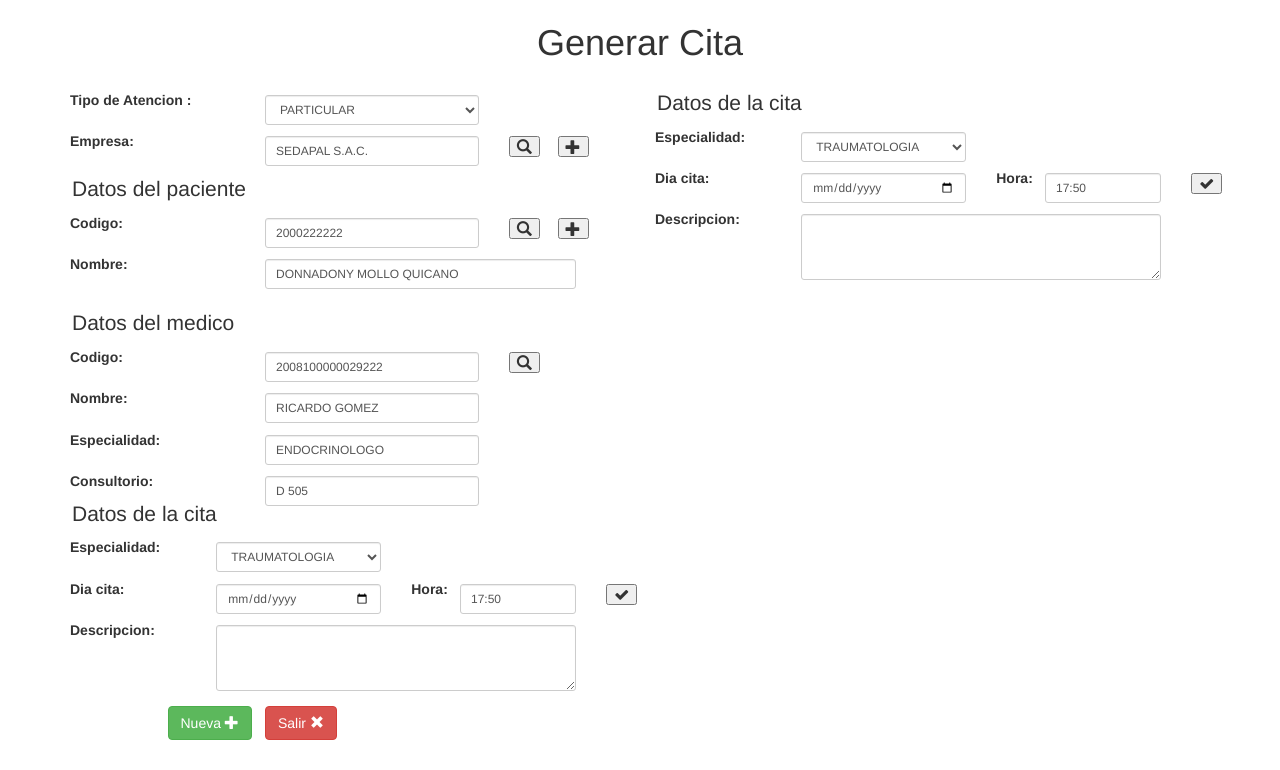
Repository: Donyx10/ADSII-ProyectoClinica
Page: http://localhost/AvanceWeb/GeneraCitaMedica.jsp
An editor plug-in stored every save of this project. The page is shown before and after the next save, followed by the edit.
The browser window is 1280 px wide. The pictures show the whole page.
Some web fonts or font styles are not loaded; a fallback is used. The page is served by Tomcat 9. Other server files are loaded and not shown.

Above is the page before, as saved 2018-06-04 05:36:51.

### WebDemo/AvanceWeb/WebContent/GeneraCitaMedica.jsp
<!DOCTYPE html>
<html lang="esS">
<head>
<meta charset="UTF-8">
<meta name="viewport"
	content="width=device-width, initial-scale=1, maximum-scale=1, user-scalable=no">
<script type="text/javascript" src="js/jquery.min.js"></script>
<script type="text/javascript" src="js/jquery.dataTables.min.js"></script>
<script type="text/javascript" src="js/dataTables.bootstrap.min.js"></script>
<script type="text/javascript" src="js/bootstrap.min.js"></script>
<script type="text/javascript" src="js/bootstrapValidator.js"></script>
<link rel="stylesheet" href="css/bootstrap.css" />
<link rel="stylesheet" href="css/dataTables.bootstrap.min.css" />
<link rel="stylesheet" href="css/style.css" />
<link rel="stylesheet" href="css/bootstrapValidator.css" />
<link rel="stylesheet"
	href="https://cdnjs.cloudflare.com/ajax/libs/font-awesome/4.7.0/css/font-awesome.min.css">
<title>Generar Cita</title>

</head>
<body>

	<div class="container" style="padding-top: 3px; line-height: 0.8;">
		<h1 align="center">Generar Cita</h1>
		<br>
		<br>
		<form action="generarCita" id="id_form">
			<div class="form-group row">
				<div class="col-md-6" >

					<div class="form-group row" align="left" id="atencion">
						<div class="col-md-12" >
							<div class="row">
								<div class="col-md-4">
									<label for="atencion">Tipo de Atencion : </label>
								</div>
								<div class="col-md-5">
									<select class="form-control input-sm" style="">
										<option>PARTICULAR
										<option>EPS
										<option>SEGURO
									</select>
								</div>
							</div>
							<br>
							<div class="row">
									<div class="col-md-4">
										<label class="" for="id_codigo">Empresa:</label>
									</div>
									<div class="col-md-5">
										<input class="form-control input-sm" type="text"
											value="SEDAPAL S.A.C." id="" name=""
											placeholder="Ingrese el codigo">
									</div>
									<div class="col-md-1" align="right">
										<button style="font-size: 15px">
											<i class="glyphicon glyphicon-search"></i>
										</button>
									</div>
									<div class="col-sm-1">
										<button style="font-size: 15px">
											<i class="glyphicon glyphicon-plus"></i>
										</button>
									</div>
								</div>

						</div>
					</div>

					<div class="form-group row" align="left" id="paciente">
						<div class="col-md-12" >
							<fieldset>
								<legend>Datos del paciente</legend>
								<div class="row">
									<div class="col-md-4">
										<label class="" for="id_codigo">Codigo:</label>
									</div>
									<div class="col-md-5">
										<input class="form-control input-sm" type="text"
											value="2000222222" id="" name=""
											placeholder="Ingrese el codigo">
									</div>
									<div class="col-md-1" align="right">
										<button style="font-size: 15px">
											<i class="glyphicon glyphicon-search"></i>
										</button>
									</div>
									<div class="col-sm-1">
										<button style="font-size: 15px">
											<i class="glyphicon glyphicon-plus"></i>
										</button>
									</div>
								</div>
								<br>
								<div class="row">
									<div class="col-md-4">
										<label class="" for="">Nombre:</label>
									</div>
									<div class="col-md-7">
										<input class="form-control input-sm" type="text"
											value="DONNADONY MOLLO QUICANO" id="" name=""
											placeholder="Ingrese el nombre" size="30">
									</div>
								</div>

							</fieldset>
						</div>

					</div>

					<br>
					<div class="form-group row" id="cita" >
						<div class="col-md-12">
						<fieldset>
								<legend>Datos del medico</legend>

								<div class="row">
									<div class="col-md-4">
										<label class="" for="id_codigo">Codigo:</label>
									</div>
									<div class="col-md-5">
										<input class="form-control input-sm" type="text"
											id="id_codigo" value="2008100000029222"
											name="computadora.nombre" placeholder="Ingrese el codigo">

									</div>
									<div class="col-md-1">
										<button style="font-size: 15px">
											<i class="glyphicon glyphicon-search"></i>
										</button>
									</div>
								</div>
								<br>
								<div class="row">
									<div class="col-md-4">
										<label class="" for="">Nombre:</label>
									</div>
									<div class="col-md-5">
										<input class="form-control input-sm" type="text" id=""
											value="RICARDO GOMEZ" name="" placeholder="Ingrese el nombre">
									</div>
								</div>
								<br>
								<div class="row">
									<div class="col-md-4">
										<label class="" for="">Especialidad:</label>
									</div>
									<div class="col-md-5">
										<input class="form-control input-sm" type="text" id="" name=""
											value="ENDOCRINOLOGO" placeholder="Ingrese la especialidad">
									</div>
								</div>
								<br>
								<div class="row">
									<div class="col-md-4">
										<label class="" for="">Consultorio:</label>
									</div>
									<div class="col-md-5">
										<input class="form-control input-sm" type="text" id="" name=""
											value="D 505" placeholder="Ingrese el consultorio">
									</div>
								</div>
							</fieldset>
							<fieldset>
								<legend>Datos de la cita </legend>
								<div class="row">
									<div class="col-md-3">
										<label class="" for="">Especialidad:</label>
									</div>
									<div class="col-md-4">
										<select class="form-control input-sm">
											<option>TRAUMATOLOGIA
											<option>CIRUJIA
											<option>GINECOLOGIA
										</select>
									</div>
								</div>
								<br>
								<!--
						<div class="row">
							<div class="col-md-3">
								<label class="" for="">Numero:</label>
							</div>
							<div class="col-md-3">
								<input class="form-control" type="text" id="" name="" value="001-000029"
									size="10" placeholder="Numero">
							</div>
						</div>
						<br>-->
								<div class="row">
									<div class="col-md-3">
										<label class="" for="id_codigo">Dia cita:</label>
									</div>
									<div class="col-md-4">
										<input class="form-control input-sm" type="date" id=""
											value="5/18/2018" name="" placeholder="Dia" size="10">

									</div>

									<div class="col-md-1">
										<label class="" for="id_codigo">Hora:</label>
									</div>
									<div class="col-md-3">
										<input class="form-control input-sm" type="text" id="" name=""
											value="17:50" placeholder="Hora" size="10">

									</div>
									<div class="col-md-1">
										<button style="font-size: 15px">
											<i class="fa fa-check"></i>
										</button>

									</div>
								</div>
								<br>
								<div class="row">
									<div class="col-md-3">
										<label class="" for="">Descripcion:</label>
									</div>
									<div class="col-lg-8">
										<textarea class="form-control input-sm" rows="3" id="comment"></textarea>
									</div>
								</div>
							</fieldset>
						</div>
					</div>
					<div class="form-group row" id="botones">
						<div class="col-md-2" align="center"></div>
						<div class="col-md-2" align="center">
							<button type="submit" class="btn btn-success">
								Nueva <span class="glyphicon glyphicon-plus"></span>
							</button>
						</div>
						<div class="col-md-2" align="center">
							<button type="submit" class="btn btn-danger">
								Salir <span class="glyphicon glyphicon-remove"></span>
							</button>
						</div>
					</div>
				</div>
				<div class="col-md-6" >
					<div class="form-group row" id="medico"
						>
						<div class="col-md-12" >
							<fieldset>
								<legend>Datos de la cita </legend>
								<div class="row">
									<div class="col-md-3">
										<label class="" for="">Especialidad:</label>
									</div>
									<div class="col-md-4">
										<select class="form-control input-sm">
											<option>TRAUMATOLOGIA
											<option>CIRUJIA
											<option>GINECOLOGIA
										</select>
									</div>
								</div>
								<br>
								<!--
						<div class="row">
							<div class="col-md-3">
								<label class="" for="">Numero:</label>
							</div>
							<div class="col-md-3">
								<input class="form-control" type="text" id="" name="" value="001-000029"
									size="10" placeholder="Numero">
							</div>
						</div>
						<br>-->
								<div class="row">
									<div class="col-md-3">
										<label class="" for="id_codigo">Dia cita:</label>
									</div>
									<div class="col-md-4">
										<input class="form-control input-sm" type="date" id=""
											value="5/18/2018" name="" placeholder="Dia" size="10">

									</div>

									<div class="col-md-1">
										<label class="" for="id_codigo">Hora:</label>
									</div>
									<div class="col-md-3">
										<input class="form-control input-sm" type="text" id="" name=""
											value="17:50" placeholder="Hora" size="10">

									</div>
									<div class="col-md-1">
										<button style="font-size: 15px">
											<i class="fa fa-check"></i>
										</button>

									</div>
								</div>
								<br>
								<div class="row">
									<div class="col-md-3">
										<label class="" for="">Descripcion:</label>
									</div>
									<div class="col-lg-8">
										<textarea class="form-control input-sm" rows="3" id="comment"></textarea>
									</div>
								</div>
							</fieldset>
						</div>
					</div>
				</div>
			</div>
		</form>
	</div>
</body>
</html>

### WebDemo/AvanceWeb/WebContent/css/style.css


.table-fixed {
	width: 100%;
	background-color: #f3f3f3;
}

.table-fixed tbody {
	height: 120px;
	overflow-y: auto;
	width: 100%;
}

.table-fixed thead, .table-fixed tbody, .table-fixed tr, .table-fixed td,
	.table-fixed th {
	display: block;
}

.table-fixed tbody td {
	float: left;
}

.table-fixed thead tr th {
	float: left;
	background-color: #f39c12;
	border-color: #e67e22;
}

legend {
    display: block;
    padding-left: 2px;
    padding-right: 2px;
    border: none;
}

Loaded but not shown: WebDemo/AvanceWeb/WebContent/js/jquery.min.js (library); WebDemo/AvanceWeb/WebContent/js/jquery.dataTables.min.js (library); WebDemo/AvanceWeb/WebContent/js/dataTables.bootstrap.min.js (common file); WebDemo/AvanceWeb/WebContent/js/bootstrap.min.js (library); WebDemo/AvanceWeb/WebContent/js/bootstrapValidator.js (library); WebDemo/AvanceWeb/WebContent/css/bootstrap.css (library); WebDemo/AvanceWeb/WebContent/css/dataTables.bootstrap.min.css (library); WebDemo/AvanceWeb/WebContent/css/bootstrapValidator.css (common file)

After the next save:
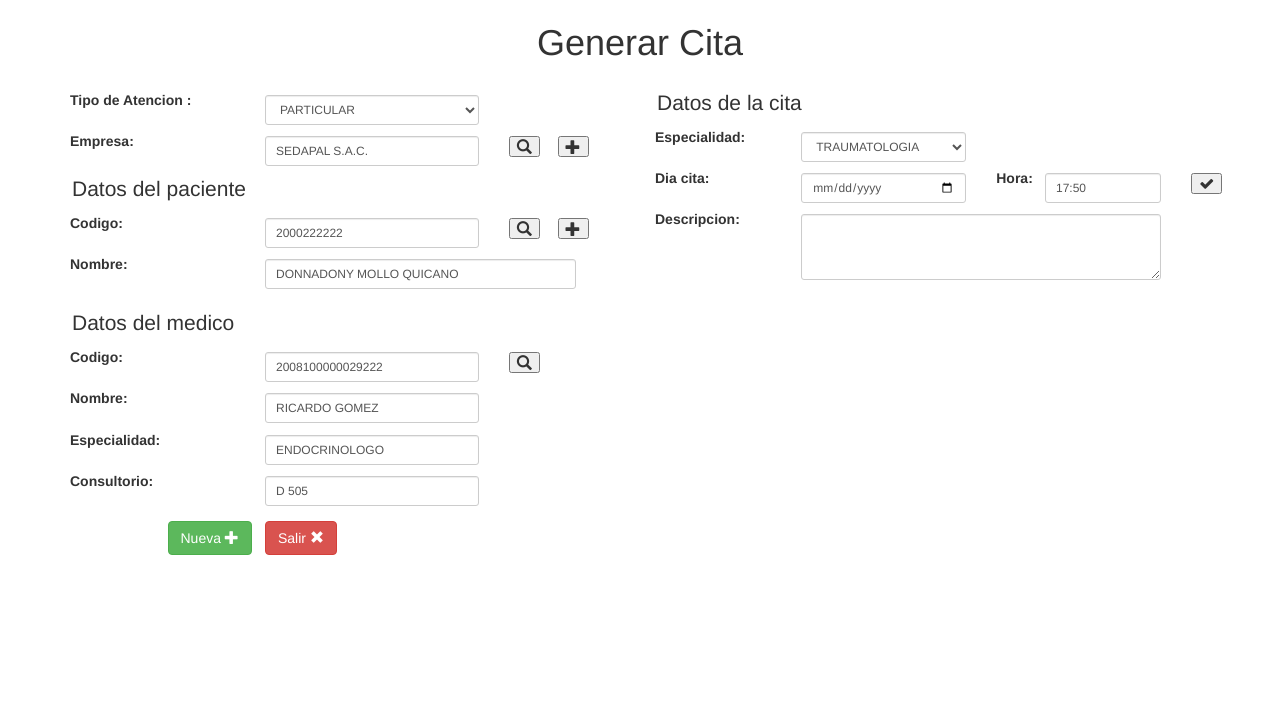
Saved 10 s later.
--- a/WebDemo/AvanceWeb/WebContent/GeneraCitaMedica.jsp
+++ b/WebDemo/AvanceWeb/WebContent/GeneraCitaMedica.jsp
@@ -161,6 +161,27 @@
 									</div>
 								</div>
 							</fieldset>
+
+						</div>
+					</div>
+					<div class="form-group row" id="botones">
+						<div class="col-md-2" align="center"></div>
+						<div class="col-md-2" align="center">
+							<button type="submit" class="btn btn-success">
+								Nueva <span class="glyphicon glyphicon-plus"></span>
+							</button>
+						</div>
+						<div class="col-md-2" align="center">
+							<button type="submit" class="btn btn-danger">
+								Salir <span class="glyphicon glyphicon-remove"></span>
+							</button>
+						</div>
+					</div>
+				</div>
+				<div class="col-md-6" >
+					<div class="form-group row" id="medico"
+						>
+						<div class="col-md-12" >
 							<fieldset>
 								<legend>Datos de la cita </legend>
 								<div class="row">
@@ -224,87 +245,6 @@
 							</fieldset>
 						</div>
 					</div>
-					<div class="form-group row" id="botones">
-						<div class="col-md-2" align="center"></div>
-						<div class="col-md-2" align="center">
-							<button type="submit" class="btn btn-success">
-								Nueva <span class="glyphicon glyphicon-plus"></span>
-							</button>
-						</div>
-						<div class="col-md-2" align="center">
-							<button type="submit" class="btn btn-danger">
-								Salir <span class="glyphicon glyphicon-remove"></span>
-							</button>
-						</div>
-					</div>
-				</div>
-				<div class="col-md-6" >
-					<div class="form-group row" id="medico"
-						>
-						<div class="col-md-12" >
-							<fieldset>
-								<legend>Datos de la cita </legend>
-								<div class="row">
-									<div class="col-md-3">
-										<label class="" for="">Especialidad:</label>
-									</div>
-									<div class="col-md-4">
-										<select class="form-control input-sm">
-											<option>TRAUMATOLOGIA
-											<option>CIRUJIA
-											<option>GINECOLOGIA
-										</select>
-									</div>
-								</div>
-								<br>
-								<!--
-						<div class="row">
-							<div class="col-md-3">
-								<label class="" for="">Numero:</label>
-							</div>
-							<div class="col-md-3">
-								<input class="form-control" type="text" id="" name="" value="001-000029"
-									size="10" placeholder="Numero">
-							</div>
-						</div>
-						<br>-->
-								<div class="row">
-									<div class="col-md-3">
-										<label class="" for="id_codigo">Dia cita:</label>
-									</div>
-									<div class="col-md-4">
-										<input class="form-control input-sm" type="date" id=""
-											value="5/18/2018" name="" placeholder="Dia" size="10">
-
-									</div>
-
-									<div class="col-md-1">
-										<label class="" for="id_codigo">Hora:</label>
-									</div>
-									<div class="col-md-3">
-										<input class="form-control input-sm" type="text" id="" name=""
-											value="17:50" placeholder="Hora" size="10">
-
-									</div>
-									<div class="col-md-1">
-										<button style="font-size: 15px">
-											<i class="fa fa-check"></i>
-										</button>
-
-									</div>
-								</div>
-								<br>
-								<div class="row">
-									<div class="col-md-3">
-										<label class="" for="">Descripcion:</label>
-									</div>
-									<div class="col-lg-8">
-										<textarea class="form-control input-sm" rows="3" id="comment"></textarea>
-									</div>
-								</div>
-							</fieldset>
-						</div>
-					</div>
 				</div>
 			</div>
 		</form>
